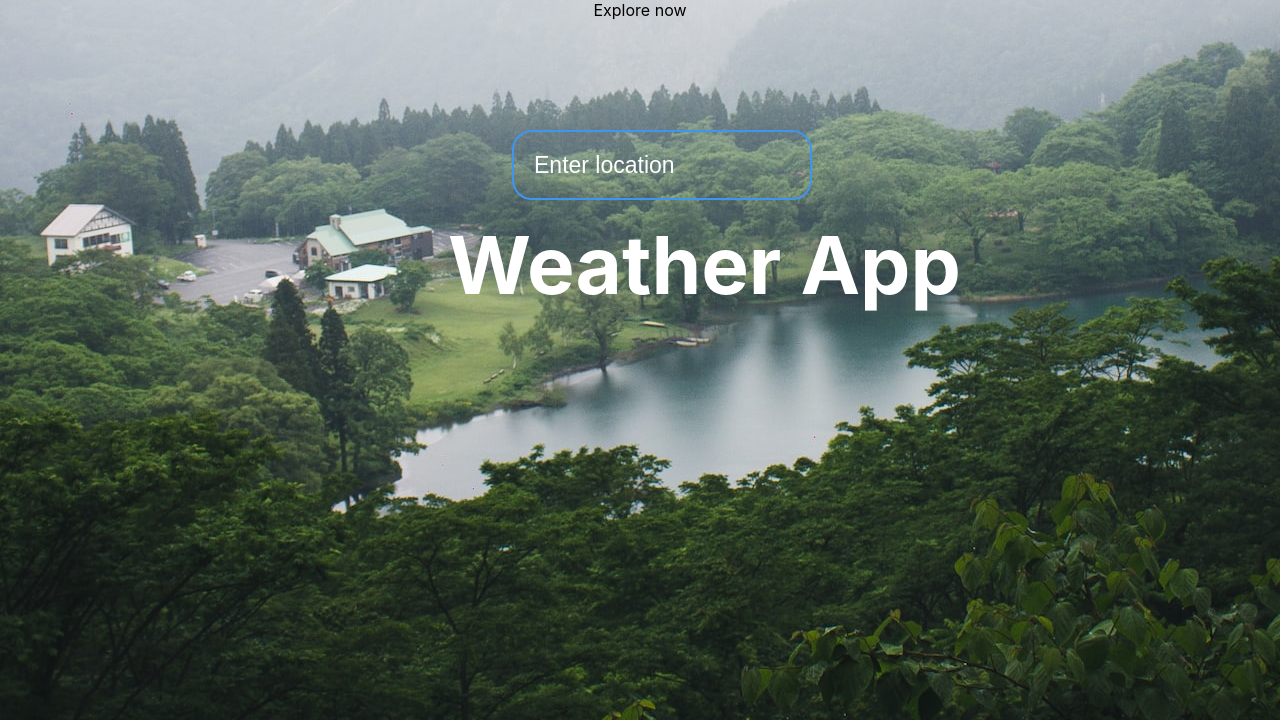
Repository: RenataDzotova/WeatherForecast
Page: /
An editor plug-in stored every save of this project. The page is shown before and after the next save, followed by the edit.
The browser window is 1280 px wide. The pictures show the whole page.
The project was rebuilt for these pictures with package versions that can differ from the ones it lists, and the page was loaded fresh each time. The framework's server and built-in components were replaced by stand-ins that run in the browser. Also part of the build but not shown: next.config.js, styles/Home.module.css.

Above is the page before, as saved 2023-01-19 16:44:01.

After the next save:
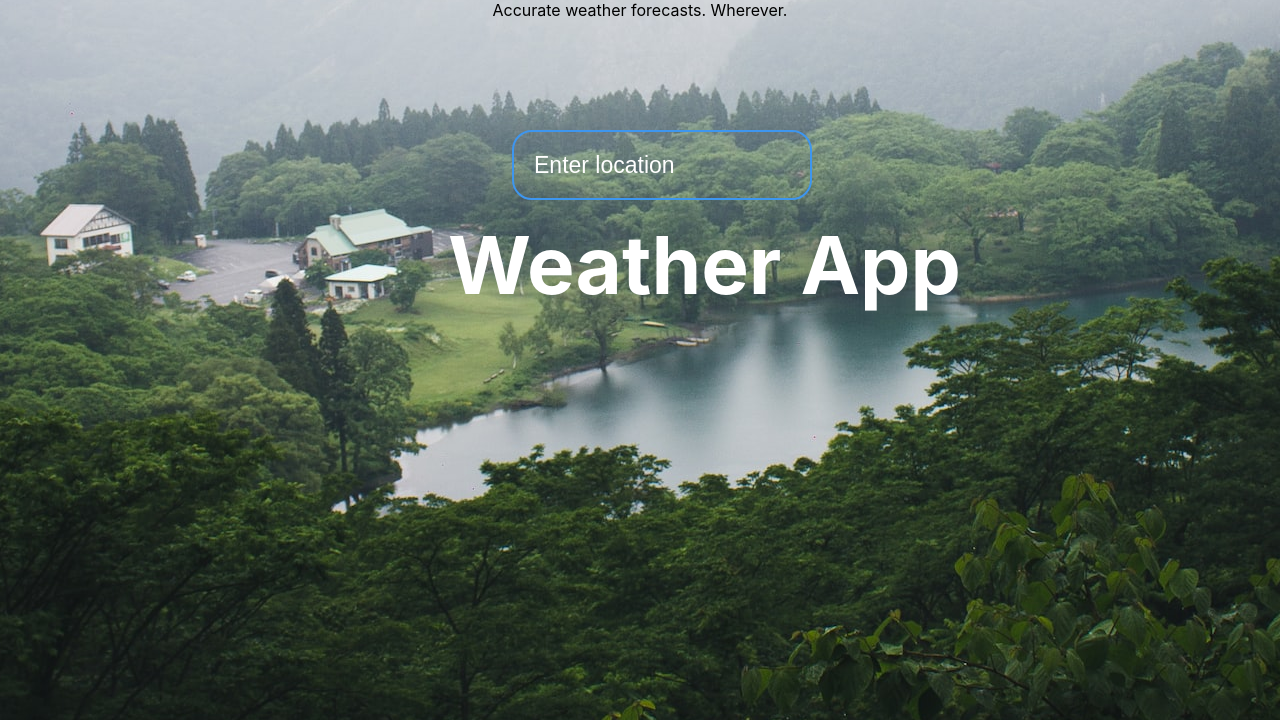
Saved 2 min 29 s later.
--- a/pages/index.js
+++ b/pages/index.js
@@ -11,7 +11,7 @@ export default function Home() {
   const [weather, setWeather] = useState();
   const [errorMessage, setErrorMessage] = useState('')
   const [showTitle, setShowTitle] = useState('Weather App')
-  const [showDesc, setShowDesc] = useState('Explore now')
+  const [showDesc, setShowDesc] = useState('Accurate weather forecasts. Wherever.')
 
   const searchLocation = (event) => {
     if (event.key === "Enter"){
